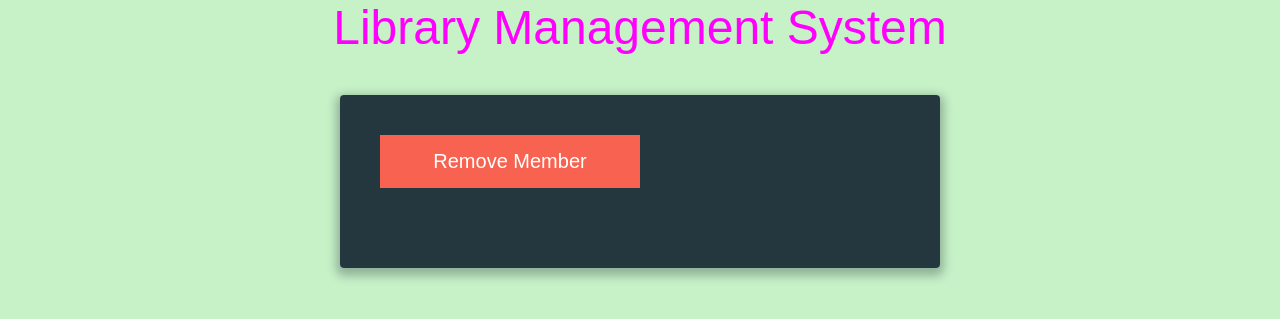
Repository: sudhanshuptl/LMS
Page: http://localhost/LMSWeb/remove_book.jsp
The author's editor kept a copy of each file at every save. The page is drawn from the files as they stood at one save, then again after the next save.
The browser window is 1280 px wide. The pictures show the whole page.
Some web fonts or font styles are not loaded; a fallback is used. Some web libraries are served in a nearby version. The page is served by Tomcat 9.

Above is the page before, as saved 2016-11-23 18:19:54.

After the next save:
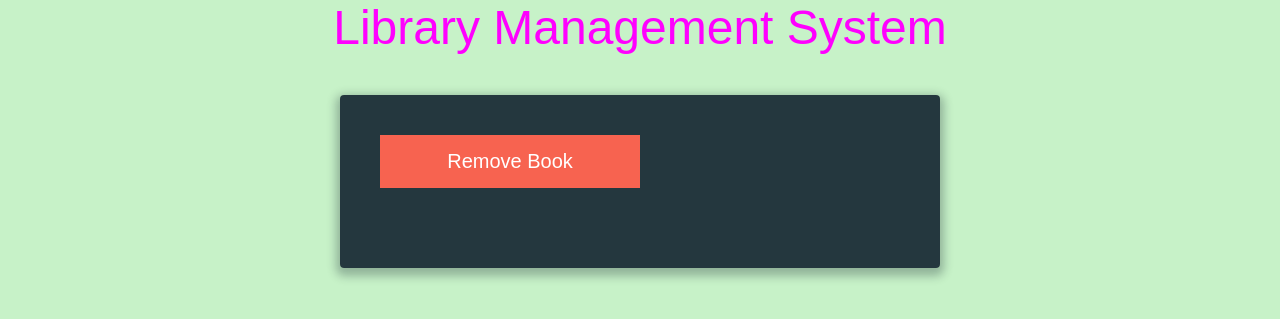
Saved 2 min 29 s later.
--- a/LMSWeb/WebContent/remove_book.jsp
+++ b/LMSWeb/WebContent/remove_book.jsp
@@ -26,13 +26,13 @@
 	<div class="form">
 
 		<ul class="tab-group">
-			<li class="tab active"><a href="#signup">Remove Member</a></li>
+			<li class="tab active"><a href="#signup">Remove Book</a></li>
 		</ul>
 
 		<div class="tab-content">
 			<div id="signup">
 
-				<form action="remove_user.jsp" method="post">
+				<form action="remove_book.jsp" method="post">
 
 					<div class="field-wrap">
 						<label> Name<span class="req" name="name">*</span>
